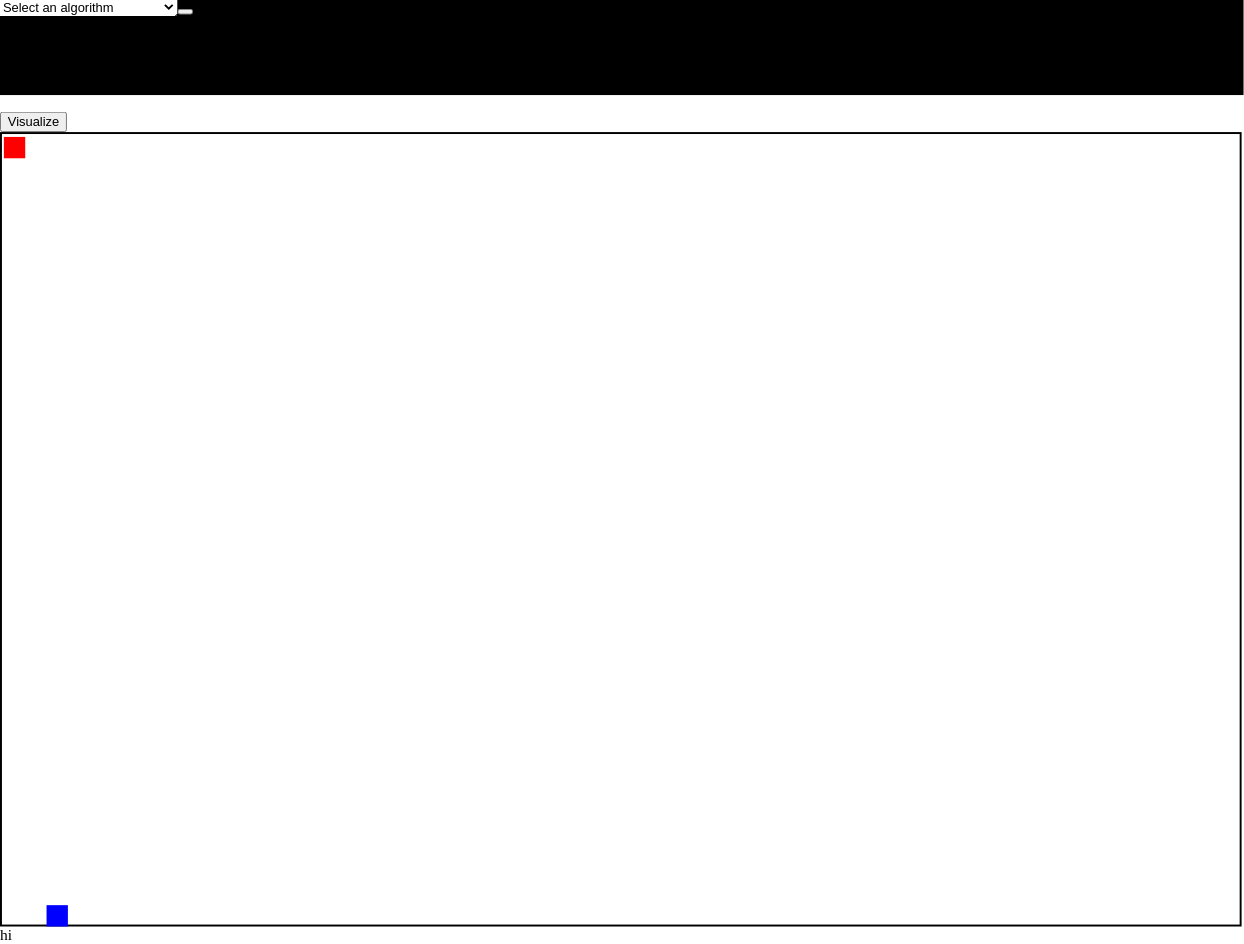
Repository: NikhilJohny/Pathfinding---ReactJS
Page: /
These files come from the project's save history. The page is drawn as it stood at one moment and after the next save; the edit follows.
The browser window is 1280 px wide. The page is 1282 px wide, so the pictures cover 1282 px, including what lies to the right of the window. The pictures show the whole page, at 97% of full size.
The project was rebuilt for these pictures with package versions that can differ from the ones it lists, and the page was loaded fresh each time.

Above is the page before, as saved 2021-05-17 10:15:04.

After the next save:
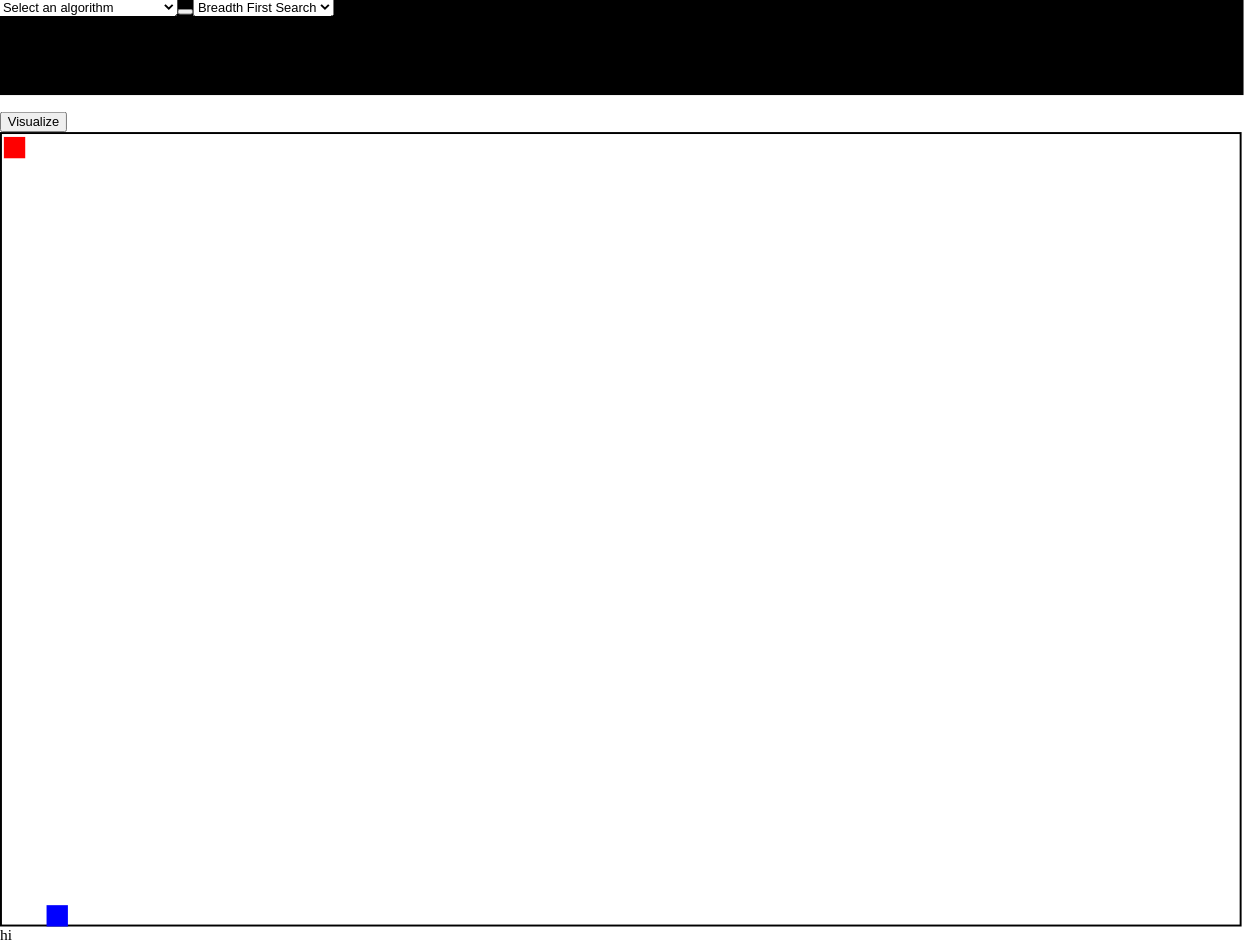
Saved 2 min 46 s later.
--- a/src/header.js
+++ b/src/header.js
@@ -31,6 +31,10 @@ export default class Header extends Component{
                     <option value="RecursiveMaze">Recursive maze generation</option>
                 </select>
                 <button onClick={() => this.mazeAlgorithm(this.state.maze,clone)}>{this.state.maze}</button>
+                <select id="algorithms" onChange={this.handleAlgorithmChange} value ={this.state.algorithm}>
+                <option value="bfs">Breadth First Search</option>
+                <option value ="dfs">Depth First Search</option>
+                </select>
             </nav>
         )
     }
